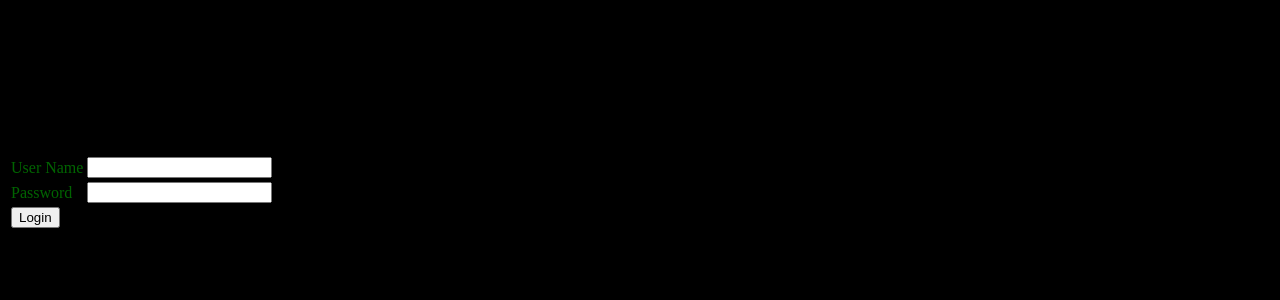
Repository: sultanaNargis03/IndustryReadyJavaSpringBoot
Page: Servlet/workspace/Learningportal/src/main/webapp/login.html
An editor plug-in stored every save of this project. The page is shown before and after the next save, followed by the edit.
The browser window is 1280 px wide. The pictures show the whole page.

Above is the page before, as saved 2023-12-11 10:17:47.

After the next save:
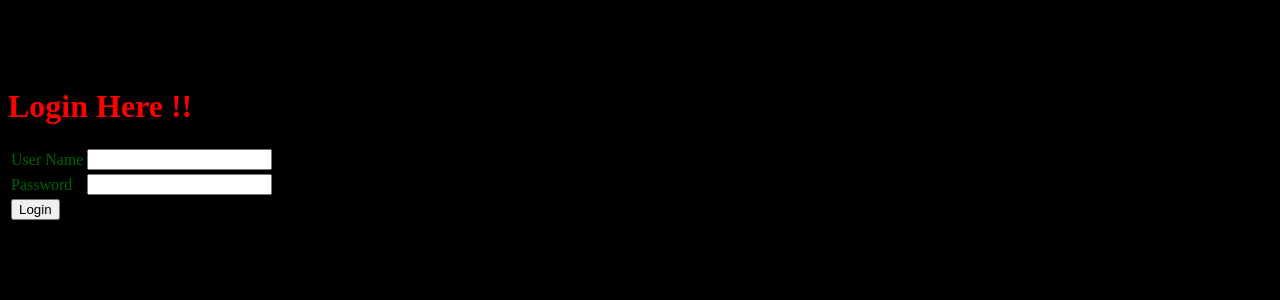
Saved 3 min 16 s later.
--- a/Servlet/workspace/Learningportal/src/main/webapp/login.html
+++ b/Servlet/workspace/Learningportal/src/main/webapp/login.html
@@ -6,7 +6,7 @@
 <h1 style="color:red"><marquee>Learning App</marquee></h1>
 </head>
 <body bgcolor="black">
-<h1 style="color: red"><marquee>Login!!</marquee></h1>
+<h1 style="color: red">Login Here !!</marquee></h1>
 
 <form action="./login">
 	<table style="color:darkgreen">
